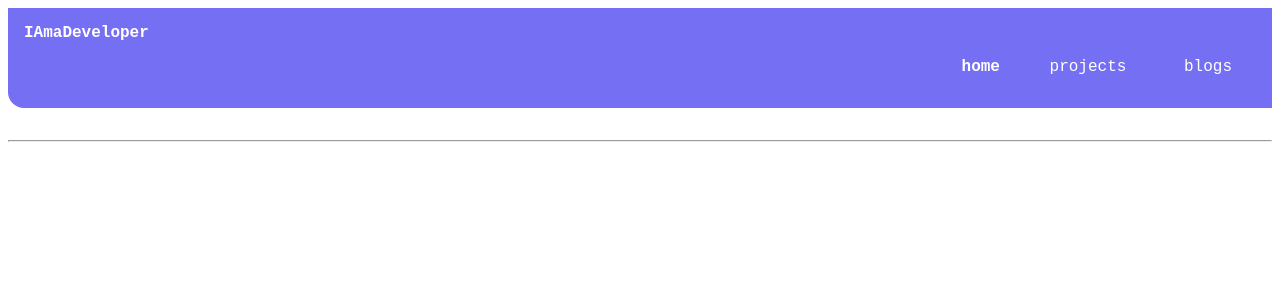
Repository: nihalani20/KomalNihalani-Portfolio
Page: index.html
The author's editor kept a copy of each file at every save. The page is drawn from the files as they stood at one save, then again after a run of saves.
The browser window is 1280 px wide. The pictures show the whole page.

Above is the page before, as saved 2023-11-01 11:24:11.

After the next 2 saves:
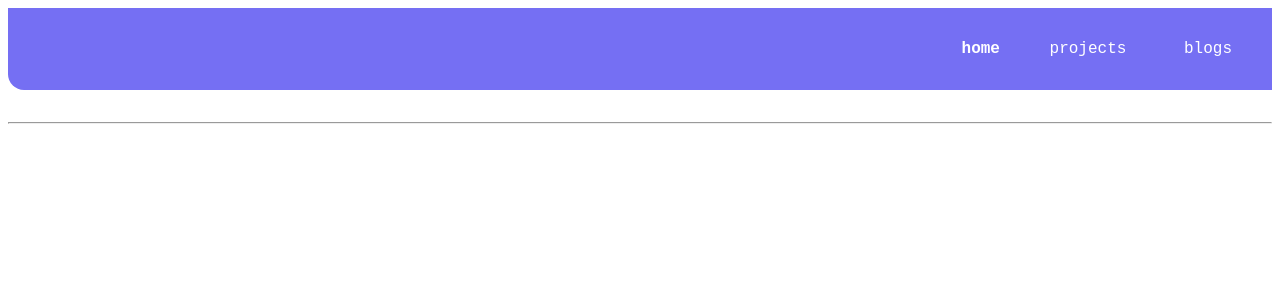
The 2 saves are shown as one change because they came seconds apart.
The last was saved 27 s later.
--- a/index.html
+++ b/index.html
@@ -9,7 +9,7 @@
 <body>
     <nav class="navigation container">
 
-        <div class = "nav-brand">IAmaDeveloper</div>
+        <div class = "nav-brand"></div>
 
         <ul class="list-non-bullet nav-pills">
     <li class="list-item-inline"><a class ="link-active"href="/">home</a></li>

After the 3 saves that followed:
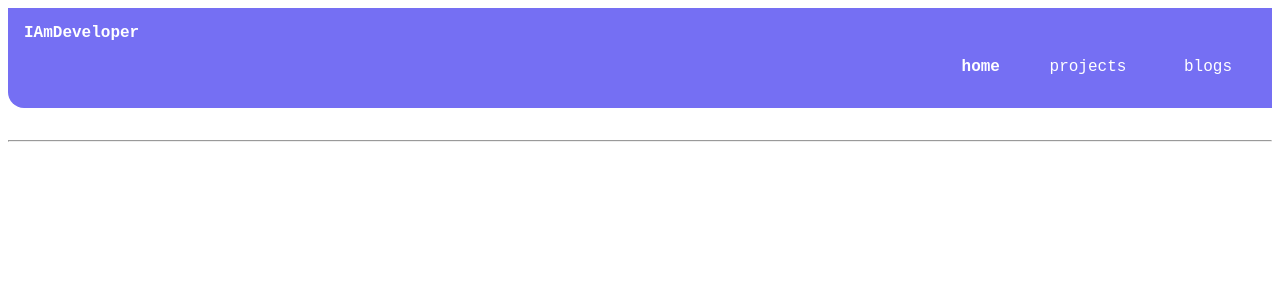
The 3 saves are shown as one change because they came seconds apart.
The last was saved 16 s later.
--- a/index.html
+++ b/index.html
@@ -9,7 +9,7 @@
 <body>
     <nav class="navigation container">
 
-        <div class = "nav-brand"></div>
+        <div class = "nav-brand">IAmDeveloper</div>
 
         <ul class="list-non-bullet nav-pills">
     <li class="list-item-inline"><a class ="link-active"href="/">home</a></li>
